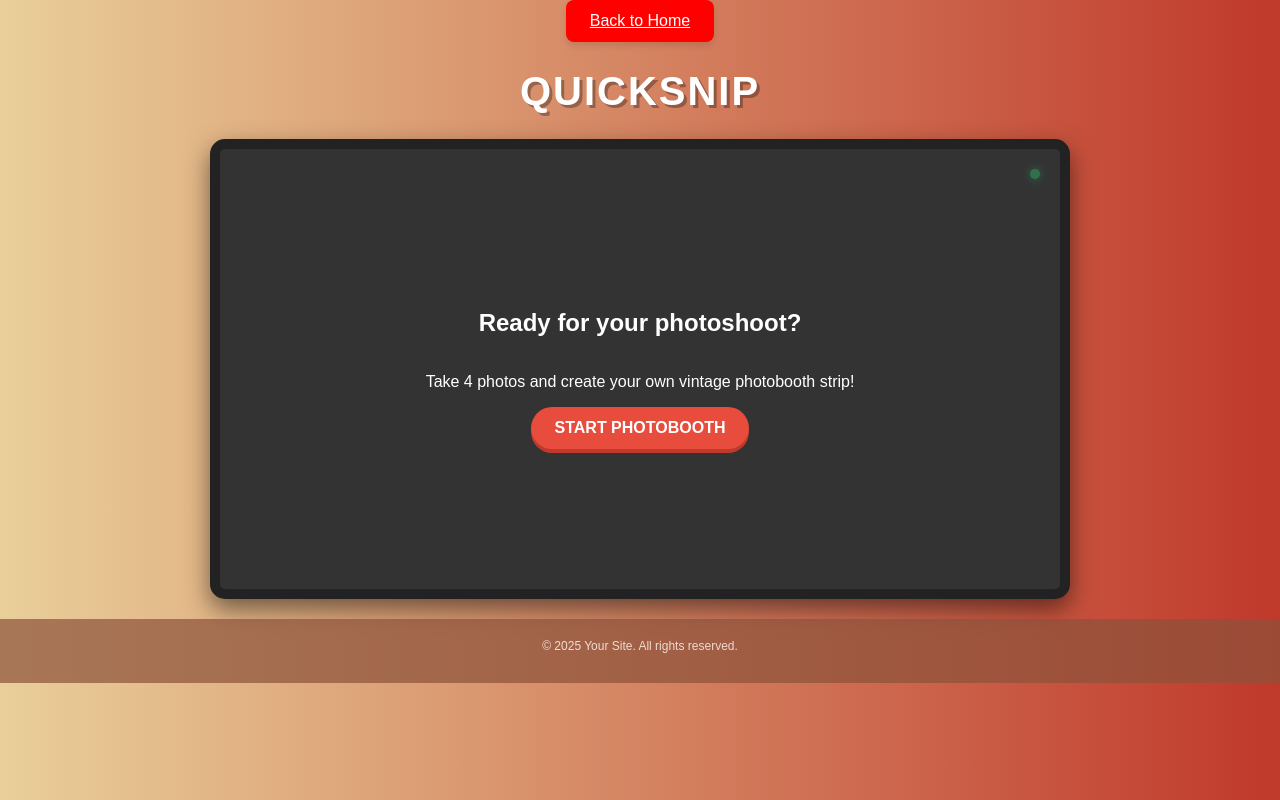
Repository: Strawb3rryjam/QuickSnip
Page: photobooth.html
These files come from the project's save history. The page is drawn as it stood at one moment and after the next save; the edit follows.
The browser window is 1280 px wide. The pictures show the whole page.
Some web fonts or font styles are not loaded; a fallback is used.

Above is the page before, as saved 2025-05-09 11:08:31.

After the next save:
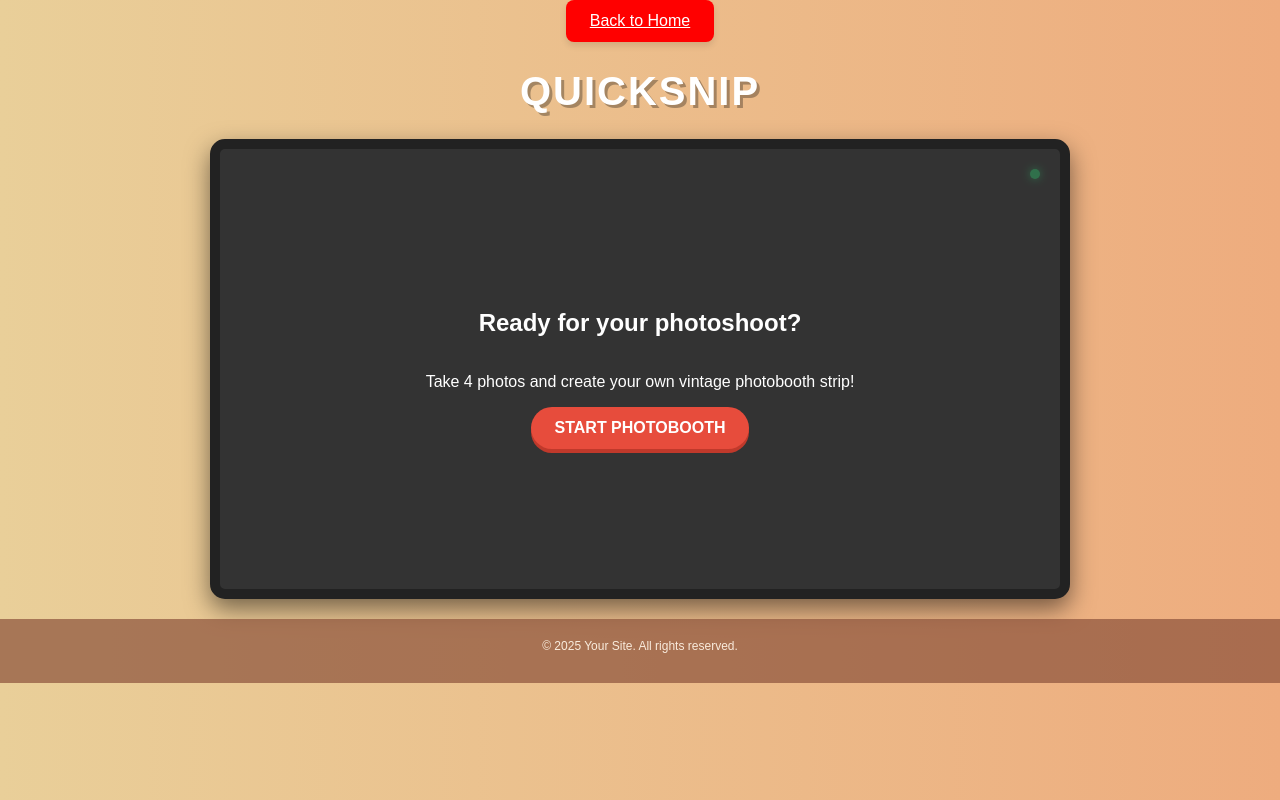
Saved 25 s later.
--- a/styles.css
+++ b/styles.css
@@ -10,7 +10,7 @@ body {
   flex-direction: column;
   align-items: center;
   min-height: 100vh;
-  background-image: linear-gradient(to right,#E9CF99, #c0392b);
+  background-image: linear-gradient(to right,#E9CF99, #EEAC7E);
   color: white;
   text-align: center;
 }
